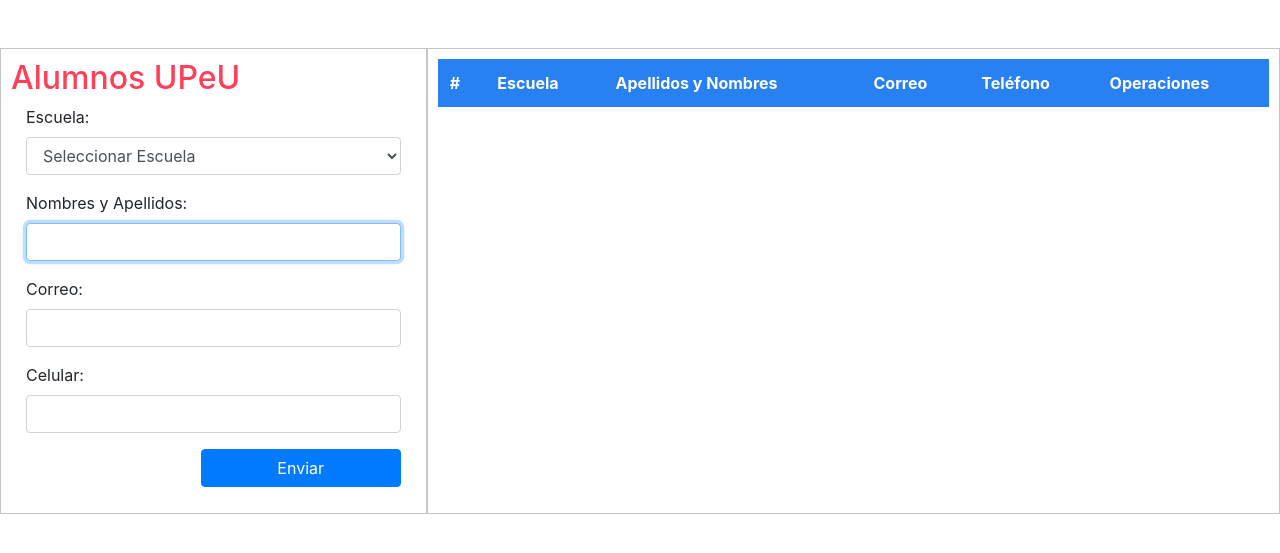
Repository: JosueMoron120/CasoBaseDatos
Page: Josue_proyecto/WebContent/Index.html
These files come from the project's save history. The page is drawn as it stood at one moment and after the next save; the edit follows.
The browser window is 1280 px wide. The pictures show the whole page.
The page's requests for data from a server got no answer. Some web libraries are served in a nearby version.

Above is the page before, as saved 2020-06-21 23:09:43.

### Josue_proyecto/WebContent/Index.html
<!DOCTYPE html>
<html>
<head>
<meta charset="ISO-8859-1">
<title>Insert title here</title>
<link rel="stylesheet"
	href="https://use.fontawesome.com/releases/v5.8.1/css/all.css"
	integrity="sha384-50oBUHEmvpQ+1lW4y57PTFmhCaXp0ML5d60M1M7uH2+nqUivzIebhndOJK28anvf"
	crossorigin="anonymous">
<link href="recursos/css/bootstrap.min.css" rel="stylesheet">
<link href="recursos/css/estilos.css" rel="stylesheet">

</head>
<body>
	<div class="container c mt-5 ">
		<div class="row">
			<div class="m col-md-4">
                <header><h2>Alumnos UPeU</h2></header>
				<div class="container">
					<div class="form-group">
						<label for="a">Escuela:</label>
						<select class="form-control" id="escuela"><!--cat-->
							<option>Selecccionar Escuela</option>
						</select>
					</div>
					<div class="form-group">
						<label for="a">Nombres y Apellidos:</label> <input type="text"
							class="form-control" name="nombres" id="nombres"> <!--prod-->
					</div>
					<div class="form-group">
						<label for="a">Correo:</label> <input type="text" class="form-control" name="correo" id="correo">
					</div> <!--precio-->
					<div class="form-group">
						<label for="a">Celular:</label> <input type="text"
							class="form-control" name="celular" id="celular" >
							<input type="hidden" name="id" id="id" value="0">
					</div><!--cant-->
					<div class="d-flex justify-content-end form-group">
						<button id="boton" class="btn btn-primary">Enviar</button>
					</div>
				</div>
			</div>
			<div class="m col-md-8" >
				<table class="table table-borderless" id="tablita">
					<thead class="thead">
						<tr>
							<th scope="col">#</th>
							<th scope="col">Escuela</th>
							<th scope="col">Apellidos y Nombres</th>
							<th scope="col">Correo</th>
							<th scope="col">Teléfono</th>
							<th scope="col" colspan="2">Operaciones</th>
						</tr>
					</thead>
					<tbody class="tbody">
					</tbody>
				</table>
			</div>
		</div>
	</div>

	<script type="text/javascript" src="recursos/js/jquery-3.5.1.min.js"></script>
	<script type="text/javascript" src="recursos/js/popper.min.js"></script>
	<script type="text/javascript" src="recursos/js/bootstrap.min.js"></script>
	<script type="text/javascript" src="recursos/js/bootbox.min.js"></script>
	<script type="text/javascript" src="recursos/js/bootbox.locales.min.js"></script>
	<script type="text/javascript" src="recursos/js/jquery.numeric.js"></script>
	<script type="text/javascript" src="recursos/js/script.js"></script>

</body>
</html>

### Josue_proyecto/WebContent/recursos/css/estilos.css
@charset "ISO-8859-1";
.c {
    max-width: 1300px;
    margin: auto;
}
.m{
	min-width: 400px;
	padding: 10px;
	border: 1px solid #c5c5c5;
}
header h2{
    color: rgb(255, 64, 89);
}
#boton{
    width: 200px;
}
.thead{
    background-color: rgb(41, 128, 241);
    color: white;
}
.tbody{
    color:rgb(40, 116, 238) ;
}

### Josue_proyecto/WebContent/recursos/js/script.js

$(document).ready(function(){
listarAlumno();
listarEscuela(0)
limpiar();
});

$("#boton").click(function(){
	var escuela= $("#escuela").val();
	var nombres = $("#nombres").val();
	var correo= $("#correo").val();
	var celular = $("#celular").val();
	var id = $("#id").val();
	if(id==0){
		$.post( "hc", {escuela :escuela,nombres:nombres,correo:correo,celular:celular, opc:3}).done(function(data){
			limpiar();
			listarEscuela(0)
			listarAlumno();
			});
	}else{
		bootbox.confirm("Desea Modificar?", function(result) {
		if(result){
		 	bootbox.alert("Registro Modificado Correctamente...!", function() {
			$.post( "hc", {idescuela :escuela, nombres:nombres, correo:correo, celular:celular, ida:id, opc:6}).done(function(data){
				$("#id").val(0);
				limpiar();
				listarEscuela(0)
				listarAlumno();
			});
		 	});
		}else{
	    	bootbox.alert("El registro no se Modifico...!");
	    	limpiar();
			listarEscuela(0)
			listarAlumno();
	    }});
	}
});
function listarEscuela(x){
	var i, c =1;
	$("#escuela").empty().append('<option selected="selected" value="test">Seleccionar Escuela</option>')
		$.get("hc", {opc : "1"},
		function(data) {
		var d = JSON.parse(data);
		for (i = 0; i < d.length; i++) {
			if (x == d[i].idescuela) {
				$("#escuela").append(
						"<option selected='selected' value='" + d[i].idescuela + "'>"
								+ d[i].nomescuela + "</option>");
			} else {
				$("#escuela").append(
						"<option value='" + d[i].idescuela + "'>"
								+ d[i].nomescuela + "</option>");
			}
		}
	});
}

function listarAlumno(){
	var i, c =1;
	$.get("hc",{opc:"2"},function(data){
		var d = JSON.parse(data);
		$('#tablita tbody').empty();
		for(i=0;i<d.length;i++){
			$("#tablita tbody").append("<tr><td style='color:blue'>"+c+"</td><td>"+d[i].nomescuela+"</td><td>"+d[i].nombres+"</td><td>"+d[i].correo+"</td><td>"+d[i].celular+
			"</td><td><a href='#' style='color:green' onclick='modificar("+d[i].idalumno+")'><i class='far fa-edit'></i></a></td><td><a href='#' style='color:red' onclick='eliminar("+d[i].idalumno+")'><i class='far fa-trash-alt'></i></a></td></tr>")
			c++;
		}
	});
}

function eliminar(id){
	bootbox.confirm("Desea Eliminar?", function(result) {
    if(result){
    	bootbox.alert("Registro Eliminado Correctamente...!", function() {
    		$.get("hc",{id:id,opc:5},function(data){
     			limpiar();
    			listarEscuela(0);
    			listarAlumno();
		});
    	});

    }else{
    	bootbox.alert("El registro no se Elimino...!")
    }});
}
function modificar(id){
	$.post("hc",{id:id,opc:4},function(data){
		var x = JSON.parse(data);
		$("#nombres").val(x[0].nombres);
		$("#correo").val(x[0].correo);
		$("#celular").val(x[0].celular);
		$("#id").val(x[0].idalumno);
		listarEscuela(x[0].idescuela);
	});
}
function limpiar(){
	$("#nombres").val("");
	$("#correo").val("");
	$("#celular").val("");
	$("#nombres").focus();
}

Loaded but not shown: Josue_proyecto/WebContent/recursos/css/bootstrap.min.css (library); Josue_proyecto/WebContent/recursos/js/jquery-3.5.1.min.js (library); Josue_proyecto/WebContent/recursos/js/popper.min.js (library); Josue_proyecto/WebContent/recursos/js/bootstrap.min.js (library); Josue_proyecto/WebContent/recursos/js/bootbox.min.js (library); Josue_proyecto/WebContent/recursos/js/bootbox.locales.min.js (library); Josue_proyecto/WebContent/recursos/js/jquery.numeric.js (library)

After the next save:
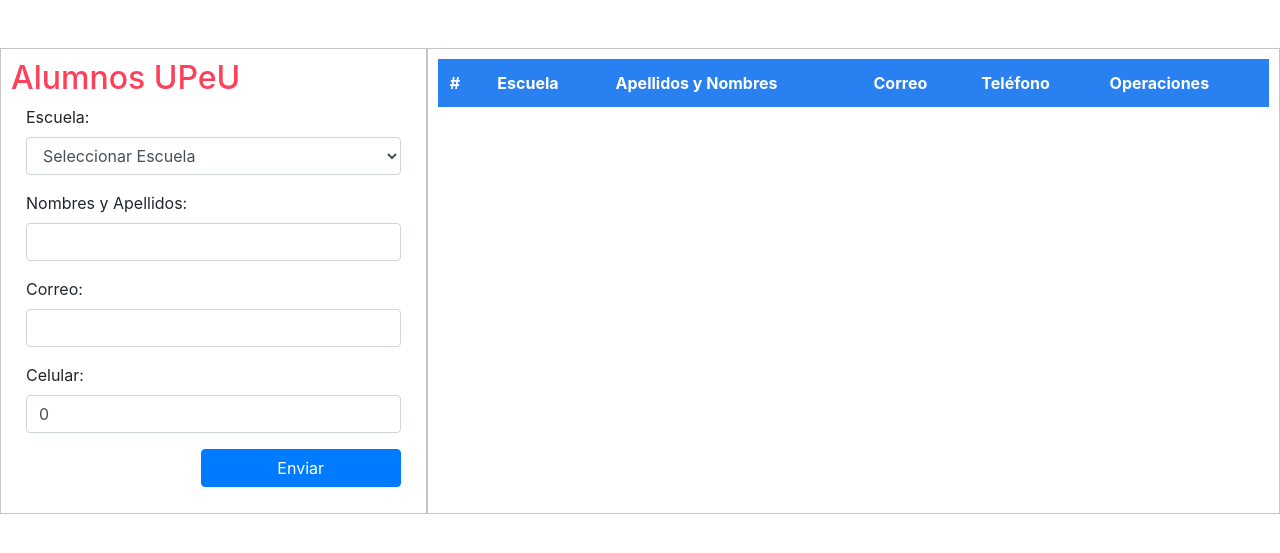
Saved 2 min 37 s later.
--- a/Josue_proyecto/WebContent/Index.html
+++ b/Josue_proyecto/WebContent/Index.html
@@ -25,14 +25,14 @@
 					</div>
 					<div class="form-group">
 						<label for="a">Nombres y Apellidos:</label> <input type="text"
-							class="form-control" name="nombres" id="nombres"> <!--prod-->
+							class="form-control" name="nombre" id="nombre"> <!--prod-->
 					</div>
 					<div class="form-group">
 						<label for="a">Correo:</label> <input type="text" class="form-control" name="correo" id="correo">
 					</div> <!--precio-->
 					<div class="form-group">
 						<label for="a">Celular:</label> <input type="text"
-							class="form-control" name="celular" id="celular" >
+							class="form-control" name="telefono" id="telefono >
 							<input type="hidden" name="id" id="id" value="0">
 					</div><!--cant-->
 					<div class="d-flex justify-content-end form-group">
